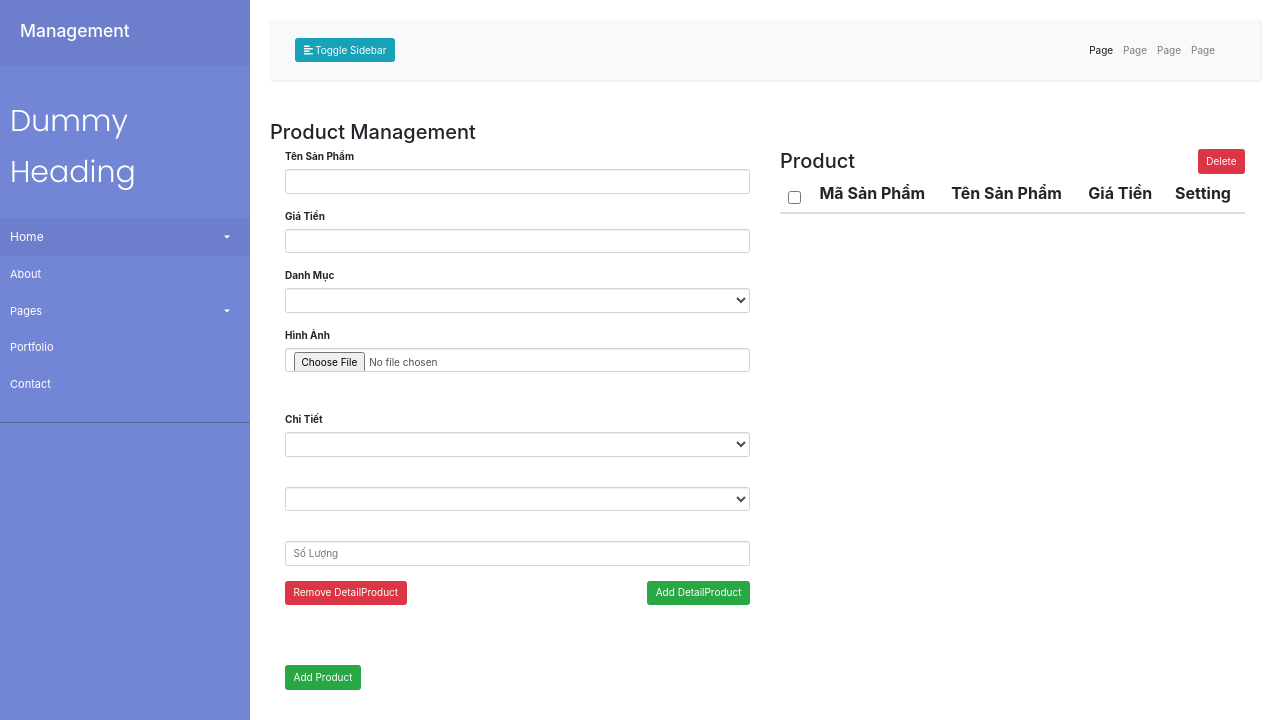
Repository: tiendungnguyen738/shoponline
Page: http://localhost/shoponline/WEB-INF/views/Product_Admin.jsp
An editor plug-in stored every save of this project. The page is shown before and after the next save, followed by the edit.
The browser window is 1280 px wide. The pictures show the whole page.
Some web libraries are served in a nearby version. The page is served by Tomcat 9. Nobody is signed in. Other server files are loaded and not shown. The template is opened directly, without the code that normally fills it, so the values that code supplies are empty.

Above is the page before, as saved 2019-09-24 13:56:27.

### shoponline/src/main/webapp/WEB-INF/views/Product_Admin.jsp
<%@ taglib prefix="c" uri="http://java.sun.com/jsp/jstl/core"%>
<%@ page contentType="text/html;charset=UTF-8" language="java"%>

<html>
<head>
	<title>Product-Manage</title>
	<meta charset="utf-8">
	<link rel="stylesheet"
		href="https://maxcdn.bootstrapcdn.com/bootstrap/3.4.0/css/bootstrap.min.css">
	<link rel="stylesheet"
		href="<c:url value='/resources/admin/product-admin.css'/>" />
 	<link rel="stylesheet"
		href="<c:url value='/resources/admin/style.css'/>" />

	<meta name="viewport" content="width=device-width, initial-scale=1.0">
	<meta http-equiv="X-UA-Compatible" content="IE=edge">

	<link rel="stylesheet"
		href="https://stackpath.bootstrapcdn.com/bootstrap/4.1.0/css/bootstrap.min.css"
		integrity="sha384-9gVQ4dYFwwWSjIDZnLEWnxCjeSWFphJiwGPXr1jddIhOegiu1FwO5qRGvFXOdJZ4"
		crossorigin="anonymous">
	<script defer
		src="https://use.fontawesome.com/releases/v5.0.13/js/solid.js"
		integrity="sha384-tzzSw1/Vo+0N5UhStP3bvwWPq+uvzCMfrN1fEFe+xBmv1C/AtVX5K0uZtmcHitFZ"
		crossorigin="anonymous"></script>
	<script defer
		src="https://use.fontawesome.com/releases/v5.0.13/js/fontawesome.js"
		integrity="sha384-6OIrr52G08NpOFSZdxxz1xdNSndlD4vdcf/q2myIUVO0VsqaGHJsB0RaBE01VTOY"
		crossorigin="anonymous"></script>

</head>
<body>
	<div class="wrapper">
		<nav id="sidebar">
			<div class="sidebar-header">
				<h3>Management</h3>
			</div>

			<ul class="list-unstyled components">
				<p>Dummy Heading</p>
				<li class="active"><a href="#homeSubmenu"
					data-toggle="collapse" aria-expanded="false"
					class="dropdown-toggle">Home</a>
					<ul class="collapse list-unstyled" id="homeSubmenu">
						<li><a href="#">Home 1</a></li>
						<li><a href="#">Home 2</a></li>
						<li><a href="#">Home 3</a></li>
					</ul></li>
				<li><a href="#">About</a></li>
				<li><a href="#pageSubmenu" data-toggle="collapse"
					aria-expanded="false" class="dropdown-toggle">Pages</a>
					<ul class="collapse list-unstyled" id="pageSubmenu">
						<li><a href="#">Page 1</a></li>
						<li><a href="#">Page 2</a></li>
						<li><a href="#">Page 3</a></li>
					</ul></li>
				<li><a href="#">Portfolio</a></li>
				<li><a href="#">Contact</a></li>
			</ul>

		</nav>
		<div id="content">

			<nav class="navbar navbar-expand-lg navbar-light bg-light">
				<div class="container-fluid">

					<button type="button" id="sidebarCollapse" class="btn btn-info">
						<i class="fas fa-align-left"></i> <span>Toggle Sidebar</span>
					</button>
					<button class="btn btn-dark d-inline-block d-lg-none ml-auto"
						type="button" data-toggle="collapse"
						data-target="#navbarSupportedContent"
						aria-controls="navbarSupportedContent" aria-expanded="false"
						aria-label="Toggle navigation">
						<i class="fas fa-align-justify"></i>
					</button>

					<div class="collapse navbar-collapse" id="navbarSupportedContent">
						<ul class="nav navbar-nav ml-auto">
							<li class="nav-item active"><a class="nav-link" href="#">Page</a>
							</li>
							<li class="nav-item"><a class="nav-link" href="#">Page</a></li>
							<li class="nav-item"><a class="nav-link" href="#">Page</a></li>
							<li class="nav-item"><a class="nav-link" href="#">Page</a></li>
						</ul>
					</div>
				</div>
			</nav>

			<h2>Product Management</h2>
			<div class="col-md-6 col-sm-12 form-group">
				<form id="form-sanpham">
					<label>Tên Sản Phẩm</label> <input type="text" class="form-control"
						id="tenSanPham" name="tenSanPham"></br> <label>Giá Tiền</label>
					<input type="text" class="form-control" id="giaTien" name="giaTien"></br>

					<label for="danhmucsanpham">Danh Mục</label><br> <select
						id="danhmucsanpham" name="danhmucsanpham" class="form-control">
						<c:forEach items="${categoryList}" var="categoryList">
							<option value="${categoryList.category_id}">${categoryList.category_name}</option>
						</c:forEach>
					</select><br /> <label>Hình Ảnh</label> <input type="file"
						class="form-control" id="uploadhinhanh" name="uploadhinhanh"></br>
					<br />
				</form>
				<div id="containerChitietsanpham">

					<div class="chitietsanpham">
						<label>Chi Tiết</label></br> <select name="size" class="form-control">
							<c:forEach items="${sizeList}" var="sizeList">
								<option value="${sizeList.id}">${sizeList.sizeName}</option>
							</c:forEach>
						</select></br>
						</br> <select name="mau" class="form-control">
							<c:forEach items="${colorList}" var="colorList">
								<option value="${colorList.id}">${colorList.colorName}</option>
							</c:forEach>
						</select></br>
						</br> <input type="number" name="soluong" class="form-control"
							placeholder="Số Lượng" /></br>
						<button type="button" class="btn btn-danger btn-remove"
							style="display: inline;">Remove DetailProduct</button>
						<button type="button" class="btn btn-success btn-detail"
							style="float: right; display: inline;">Add DetailProduct</button>
						</br>
					</div>
					</br>
					</br>
				</div>

				<div class="chitietsanpham" id="idChiTietSanPham">
					<label>Chi Tiết</label></br> <select name="size" class="form-control"
						id="size1">
						<c:forEach items="${sizeList}" var="sizeList">
							<option value="${sizeList.id}">${sizeList.sizeName}</option>
						</c:forEach>
					</select></br>
					</br> <select name="mau" class="form-control" id="mau1">
						<c:forEach items="${colorList}" var="colorList">
							<option value="${colorList.id}">${colorList.colorName}</option>
						</c:forEach>
					</select></br>
					</br> <input type="number" name="soluong" id="soLuong1"
						class="form-control" placeholder="Số Lượng" /></br>
					<button type="button" class="btn btn-danger btn-remove"
						style="display: inline;">Remove DetailProduct</button>
					<button type="button" class="btn btn-success btn-detail"
						style="float: right; display: inline;">Add DetailProduct</button>
					</br>
					<br />
					<button type="button" class="btn btn-dark" id="cancel">Cancel</button>
					<button type="button" class="btn btn-primary capNhatSanPham"
						id="capNhatSanPham">Update Product</button>
				</div>
				</br>
				</br>
				<button id="btn-themSanPham" type="button" class="btn btn-success">Add
					Product</button>

			</div>
			<div class="col-md-6 col-sm-12">
				<div>
					<h2 style="display: inline;">Product</h2>
					<button type="button" class="btn btn-danger" id="button-delete"
						style="float: right; display: inline;">Delete</button>
				</div>
				<table class="table table-hover" id="table-product">
					<thead>
						<tr>
							<th><input type="checkbox" class="AllCheckBox" id="allBox"></th>
							<th>Mã Sản Phẩm</th>
							<th>Tên Sản Phẩm</th>
							<th>Giá Tiền</th>
							<th>Setting</th>
						</tr>
					</thead>
					<tbody>
						<c:forEach items="${productList1}" var="pro">
							<tr>
								<td><input type="checkbox" value="${pro.id}" name="sport" /></td>
								<td>${pro.id}</td>
								<td>${pro.productName}</td>
								<td>${pro.price}</td>
								<td><button type="button" class="btn btn-warning"
										value="${pro.id}" id="editProduct">Edit</button></td>
							</tr>
						</c:forEach>
					</tbody>
				</table>
				<ul
					style="display: inline; list-style-type: none; margin-left: -6%;">
					<c:forEach begin="1" end="${tongSoTrang}" var="trangThu">
						<li style="display: inline; margin-right: 0.2%;"><a
							href="/shoponline/admin-product/${trangThu}"
							style="padding: 7px 10px; border-radius: 5px; border: 1px blue solid;"><c:out
									value="${trangThu}" /></a></li>
					</c:forEach>
				</ul>
			</div>


		</div>
	</div>

	<script src="https://code.jquery.com/jquery-3.3.1.slim.min.js"
		integrity="sha384-q8i/X+965DzO0rT7abK41JStQIAqVgRVzpbzo5smXKp4YfRvH+8abtTE1Pi6jizo"
		crossorigin="anonymous"></script>
	<!-- Popper.JS -->
	<script
		src="https://cdnjs.cloudflare.com/ajax/libs/popper.js/1.14.0/umd/popper.min.js"
		integrity="sha384-cs/chFZiN24E4KMATLdqdvsezGxaGsi4hLGOzlXwp5UZB1LY//20VyM2taTB4QvJ"
		crossorigin="anonymous"></script>
	<!-- Bootstrap JS -->
	<script
		src="https://stackpath.bootstrapcdn.com/bootstrap/4.1.0/js/bootstrap.min.js"
		integrity="sha384-uefMccjFJAIv6A+rW+L4AHf99KvxDjWSu1z9VI8SKNVmz4sk7buKt/6v9KI65qnm"
		crossorigin="anonymous"></script>

	<script type="text/javascript">
		$(document).ready(function() {
			$('#sidebarCollapse').on('click', function() {
				$('#sidebar').toggleClass('active');
			});
		});
	</script>
</body>

	<script src="http://code.jquery.com/jquery-1.9.1.js"></script>
	<script src="http://malsup.github.com/jquery.form.js"></script>
	<script type="text/javascript" src="<c:url value='/resources/js/productManage.js'/>"></script>

</html>

### shoponline/src/main/webapp/resources/admin/product-admin.css
#idChiTietSanPham{
	 display:none;
}

### shoponline/src/main/webapp/resources/admin/style.css
/*
    DEMO STYLE
*/

@import "https://fonts.googleapis.com/css?family=Poppins:300,400,500,600,700";
body {
    font-family: 'Poppins', sans-serif;
    background: #fafafa;
}

p {
    font-family: 'Poppins', sans-serif;
    font-size: 3em;
    font-weight: 300;
    line-height: 1.7em;
    color: #999;
}

a,
a:hover,
a:focus {
    color: inherit;
    text-decoration: none;
    transition: all 0.3s;
}

.navbar {
    padding: 15px 10px;
    background: #fff;
    border: none;
    border-radius: 0;
    margin-bottom: 40px;
    box-shadow: 1px 1px 3px rgba(0, 0, 0, 0.1);
}

.navbar-btn {
    box-shadow: none;
    outline: none !important;
    border: none;
}

.line {
    width: 100%;
    height: 1px;
    border-bottom: 1px dashed #ddd;
    margin: 40px 0;
}

/* ---------------------------------------------------
    SIDEBAR STYLE
----------------------------------------------------- */

.wrapper {
    display: flex;
    width: 100%;
    align-items: stretch;
}

#sidebar {
    min-width: 250px;
    max-width: 250px;
    background: #7386D5;
    color: #fff;
    transition: all 0.3s;
}

#sidebar.active {
    margin-left: -250px;
}

#sidebar .sidebar-header {
    padding: 20px;
    background: #6d7fcc;
}

#sidebar ul.components {
    padding: 20px 0;
    border-bottom: 1px solid #47748b;
}

#sidebar ul p {
    color: #fff;
    padding: 10px;
}

#sidebar ul li a {
    padding: 10px;
    font-size: 1.1em;
    display: block;
    color: white;
}

#sidebar ul li a:hover {
    color: #7386D5;
    background: #fff;
}

#sidebar ul li.active>a,
a[aria-expanded="true"] {
    color: #fff;
    background: #6d7fcc;
     font-size: 1.2em;
}

a[data-toggle="collapse"] {
    position: relative;
}

.dropdown-toggle::after {
    display: block;
    position: absolute;
    top: 50%;
    right: 20px;
    transform: translateY(-50%);
}

ul ul a {
    font-size: 0.9em !important;
    padding-left: 30px !important;
    background: #6d7fcc;
}

ul.CTAs {
    padding: 20px;
}

ul.CTAs a {
    text-align: center;
    font-size: 0.9em !important;
    display: block;
    border-radius: 5px;
    margin-bottom: 5px;
}

a.download {
    background: #fff;
    color: #7386D5;
}

a.article,
a.article:hover {
    background: #6d7fcc !important;
    color: #fff !important;
}

/* ---------------------------------------------------
    CONTENT STYLE
----------------------------------------------------- */

#content {
    width: 100%;
    padding: 20px;
    min-height: 100vh;
    transition: all 0.3s;
}

/* ---------------------------------------------------
    MEDIAQUERIES
----------------------------------------------------- */

@media (max-width: 768px) {
    #sidebar {
        margin-left: -250px;
    }
    #sidebar.active {
        margin-left: 0;
    }
    #sidebarCollapse span {
        display: none;
    }
}

### shoponline/src/main/webapp/resources/js/productManage.js
$(document).ready(function(){
	var idProduct = 0;
    var files= [];
	var nameImage = "";
	$("#uploadhinhanh").change(function(event){
		 files = event.target.files;
	       nameImage = files[0].name;
	       var forms = new FormData();
	       forms.append("file",files[0]);
	       $.ajax({
	           url:"/shoponline/api-product-manage/upload-image",
	           type:"POST",
	           data:forms,
	           processData: false,
	           contentType: false,
	           enctype:"multipart/form-data",
	           success:function(value){
	               alert("upload thanh cong");
	           }
	       })
	})

	$("body").on("click",".btn-detail",function(){
		var This = $("#idChiTietSanPham").clone();
		This.removeAttr("id");
		This.appendTo($("#containerChitietsanpham"));
	})

	$("body").delegate(".btn-remove","click",function(){
		this.closest(".chitietsanpham").remove();
	})

	$("body").on("click","#btn-themSanPham",function(){
		var productForm = {};
		var productDetail =[];

		var form  = $("#form-sanpham").serializeArray();
		$.each(form, function(i, field){
		   productForm[field.name] = field.value;
		  });

		$("#containerChitietsanpham > .chitietsanpham").each(function(){
			objectChiTiet = {};
            mauSanPham = $(this).find('select[name="mau"]').val();
            sizeSanPham = $(this).find('select[name="size"]').val();
            soLuong = $(this).find('input[name="soluong"]').val();

            objectChiTiet["mauSanPham"] = mauSanPham;
            objectChiTiet["sizeSanPham"] = sizeSanPham;
            objectChiTiet["soLuong"] = soLuong;

            productDetail.push(objectChiTiet);
		});

		productForm["productDetail"] = productDetail;
		productForm["nameImage"] = nameImage;
		var formInfor = JSON.stringify(productForm);
		console.log(formInfor);
		$.ajax({
			 url:"/shoponline/api-product-manage/add-product",
			 type:"POST",
			 data:{
				 formInfor:formInfor
			 },
			 success:function(value){
				 alert("add success");
			 }

		})
	})

	$("body").on("click","#editProduct",function(){
        $("#btn-themSanPham").addClass("hide");
        $("#uploadhinhanh").prop('readonly', true);
		idProduct = $(this).closest("tr").find("input[name='sport']").val();
		$.ajax({
			url:"/shoponline/api-product-manage/edit-product",
			type:"POST",
			data:{
				idProduct:idProduct
			},
			success:function(value){
				   $("#tenSanPham").val(value.productName);
	               $("#giaTien").val(value.price);
	               $("#danhmucsanpham").val(value.category.category_id);

	               $("#containerChitietsanpham").html("");

	               for( i in value.productsDetail){
	                   var chitietsanpham = $("#idChiTietSanPham").clone().removeAttr("id");
	                   chitietsanpham.find("#mau1").val(value.productsDetail[i].color.id);
	                   chitietsanpham.find("#size1").val(value.productsDetail[i].size.id);
	                   chitietsanpham.find("#soLuong1").val(value.productsDetail[i].soLuong);
	                   $("#containerChitietsanpham").append(chitietsanpham);
	               }
	               $("#cancel").removeClass("hide");
	               $("#capNhatSanPham").removeClass("hide");
			}
		})
	})

	$("body").on("click","#cancel",function(){
       $("#btn-themSanPham").removeClass("hide");
       $(this).addClass("hide");
       $("#capNhatSanPham").addClass("hide");
   })

	$("#allBox").change(function(){
       if(this.checked){
           $("#table-product input").each(function () {
                $(this).prop("checked",true);
           })
       }else {
           $("#table-product input").each(function () {
               $(this).prop("checked",false);
           })
       }
   })

   $("#button-delete").click(function(){
	   var idProduct;
	   $("#table-product input[name='sport']:checked").each(function () {
		   idProduct = $(this).val();
		   var This = $(this);
		   $.ajax({
			   url:"/shoponline/api-product-manage/delete-product",
			   type:"POST",
			   data:{
				   idProduct:idProduct
			   },
			   success:function(value){
				   alert("delete success !!!");
				   This.closest("tr").remove();
			   }
		   })
      })
   })

	$("body").on("click","#capNhatSanPham",function(){
		var formData = $("#form-sanpham").serializeArray();
        json = {};
        arrayChiTiet = [];
        $("#containerChitietsanpham > .chitietsanpham").each(function(){
            objectChiTiet = {};
            mauSanPham = $(this).find('select[name="mau"]').val();
            sizeSanPham = $(this).find('select[name="size"]').val();
            soLuong = $(this).find('input[name="soluong"]').val();

            objectChiTiet["mauSanPham"] = mauSanPham;
            objectChiTiet["sizeSanPham"] = sizeSanPham;
            objectChiTiet["soLuong"] = soLuong;

            arrayChiTiet.push(objectChiTiet);
        })

        $.each(formData,function(i,field){
            json[field.name] = field.value;
        })
        json["chiTietSanPham"] = arrayChiTiet;
        json["idProduct"] = idProduct;
        $.ajax({
            url:"/shoponline/api-product-manage/capNhapSanPham",
            type:"POST",
            data:{
                dataJson:JSON.stringify(json)
            },
            success:function(value){
                alert("update product success");
            }
        })
	})


})

After the next save:
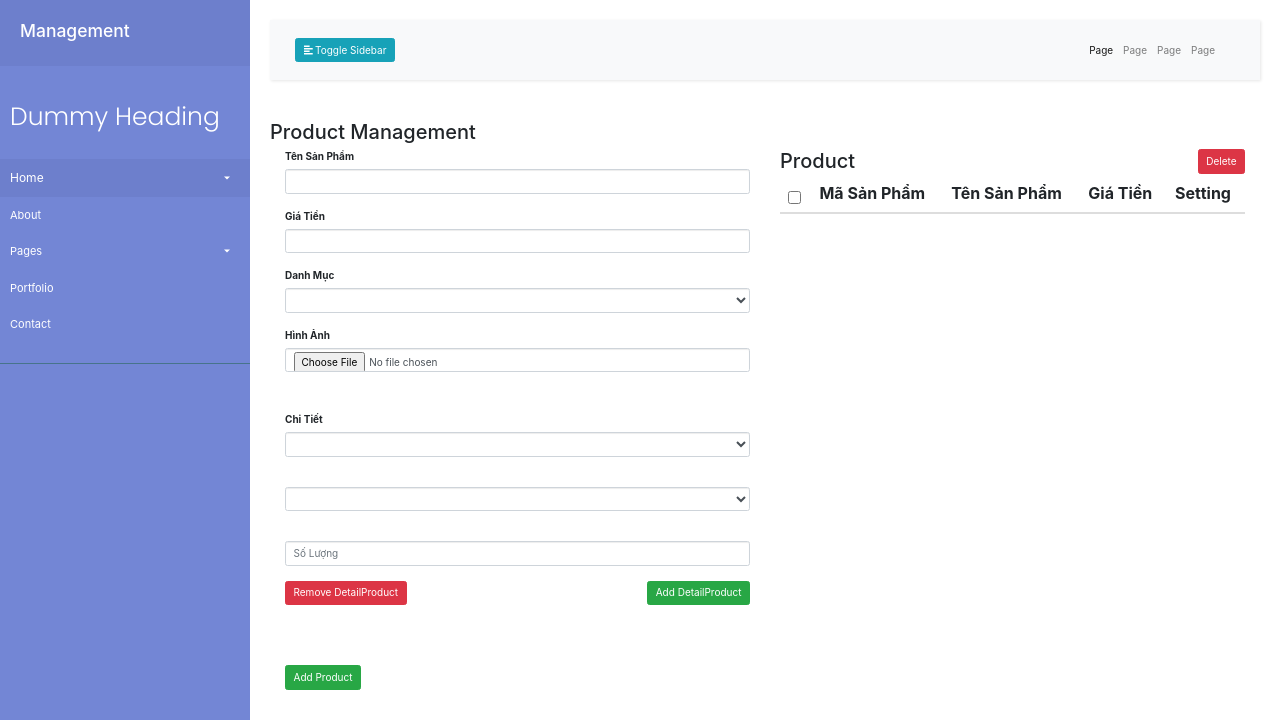
Saved 6 s later.
--- a/shoponline/src/main/webapp/resources/admin/style.css
+++ b/shoponline/src/main/webapp/resources/admin/style.css
@@ -10,7 +10,7 @@ body {
 
 p {
     font-family: 'Poppins', sans-serif;
-    font-size: 3em;
+    font-size: 2.5em;
     font-weight: 300;
     line-height: 1.7em;
     color: #999;
